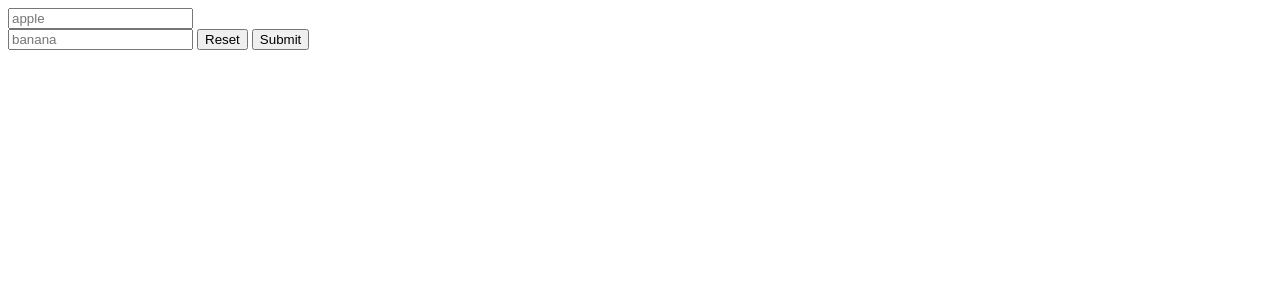
Repository: djdh94/jsp_practice
Page: http://localhost/JSPBasic/jspObject/1.requests/req_param_send.jsp
The author's editor kept a copy of each file at every save. The page is drawn from the files as they stood at one save, then again after the next save.
The browser window is 1280 px wide. The pictures show the whole page.
The page is served by Tomcat 9. Other server files are loaded and not shown.

Above is the page before, as saved 2022-02-03 05:33:12.

### JSPBasic/src/main/webapp/jspObject/1.requests/req_param_send.jsp
	<%@ page language="java" contentType="text/html; charset=UTF-8"
    pageEncoding="UTF-8"%>
<!DOCTYPE html>
<html>
<head>
<meta charset="UTF-8">
<title>Insert title here</title>
</head>
<body>

<%-- form의 action의 바로 목적지를 적는 부분임.
웹 개발에서는 받을 페이지 화면의 주소를 적어줌 --%>
	<form action="" method="get">
	<input type="text" name="apple" placeholder="apple"/><br/>
	<input type="password" name="banana" placeholder="banana"/>
	<input type="reset" />
	<input type="submit" />
	</form>
</body>
</html>

After the next save:
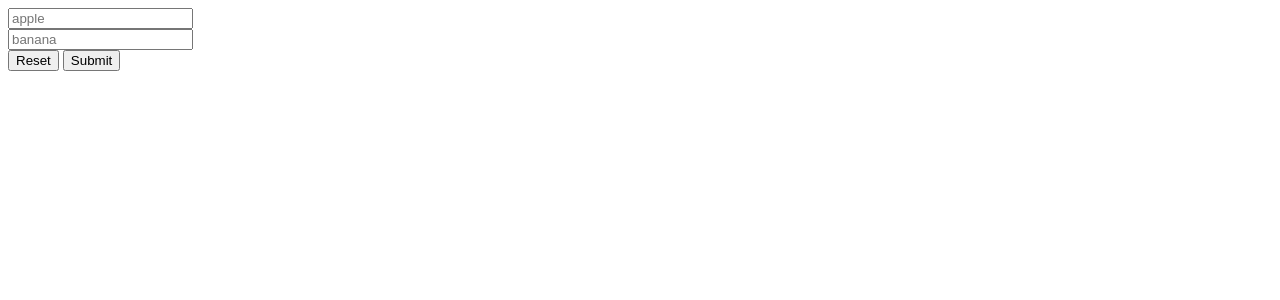
Saved 2 min 59 s later.
--- a/JSPBasic/src/main/webapp/jspObject/1.requests/req_param_send.jsp
+++ b/JSPBasic/src/main/webapp/jspObject/1.requests/req_param_send.jsp
@@ -11,10 +11,10 @@
 <%-- form의 action의 바로 목적지를 적는 부분임.
 웹 개발에서는 받을 페이지 화면의 주소를 적어줌 --%>
 	<form action="" method="get">
-	<input type="text" name="apple" placeholder="apple"/><br/>
-	<input type="password" name="banana" placeholder="banana"/>
-	<input type="reset" />
-	<input type="submit" />
+		<input type="text" name="apple" placeholder="apple"/><br/>
+		<input type="text" name="banana" placeholder="banana"/><br/>
+		<input type="reset"/>
+		<input type="submit"/>
 	</form>
 </body>
 </html>
